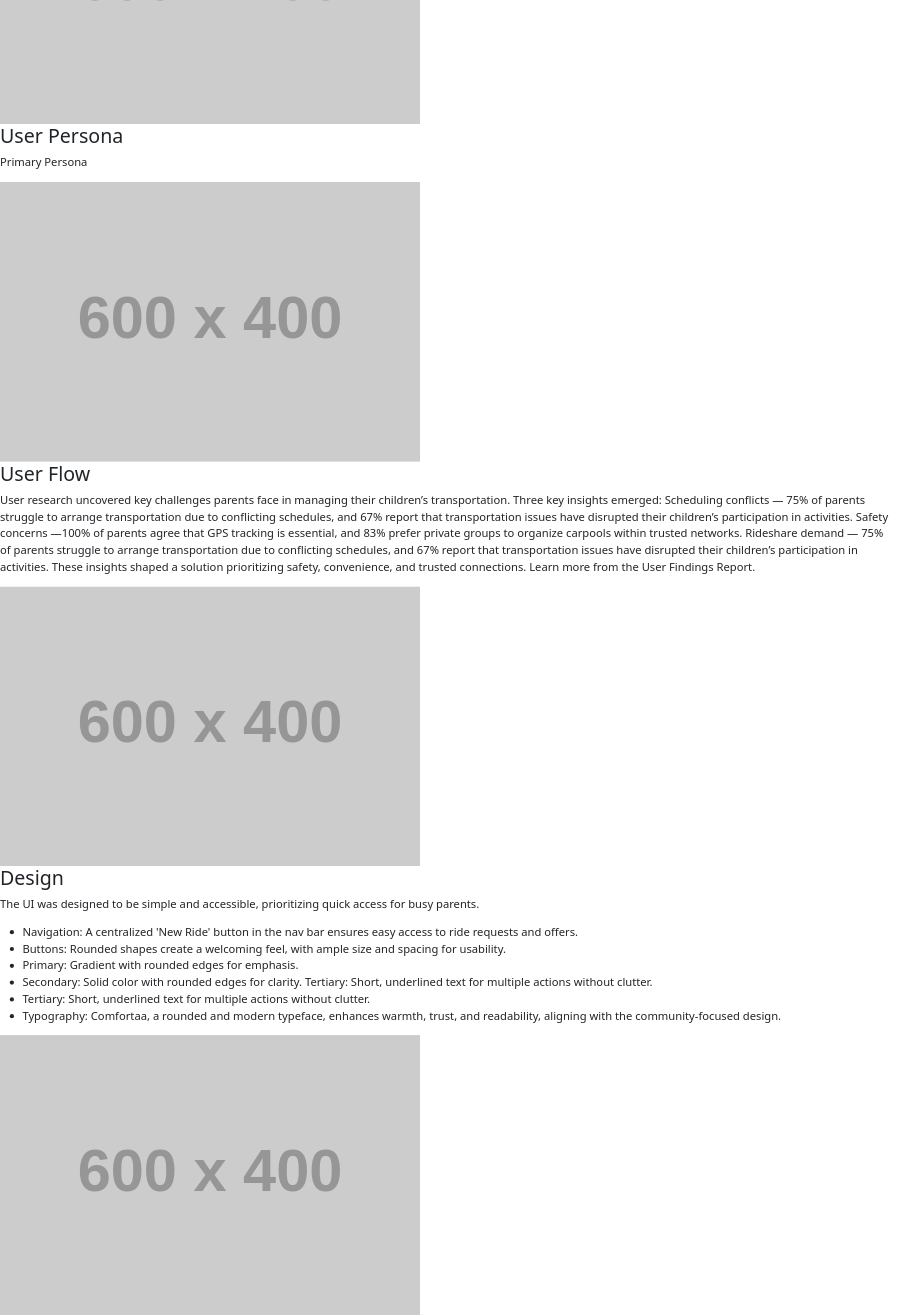
Repository: Vanessahyc/vanessa-portfolio
Page: /relay
These files come from the project's save history. The page is drawn as it stood at one moment and after the next save; the edit follows.
The browser window is 1280 px wide. The page is 1312 px wide, so the pictures cover 1312 px, including what lies to the right of the window. The pictures show the part of the page from y = 1134 to 3014 px (the page is 3013 px tall before and 3149 px after), at 70% of full size.
The project was rebuilt for these pictures with package versions that can differ from the ones it lists, and the page was loaded fresh each time. The framework's server and built-in components were replaced by stand-ins that run in the browser. Also part of the build but not shown: next.config.mjs, src/app/relay/Relay.module.css.

Above is the page before, as saved 2025-02-09 13:46:52.

After the next save:
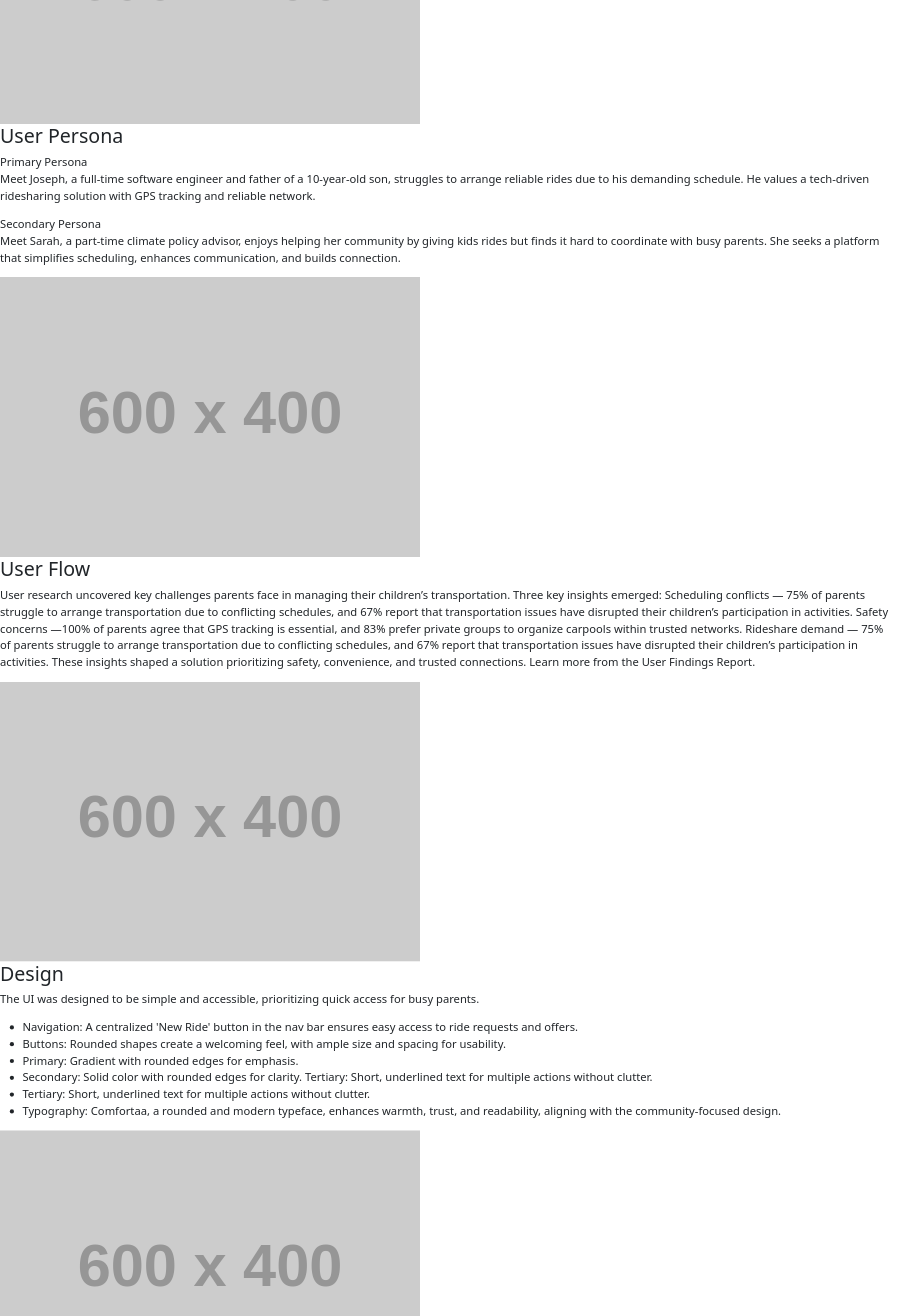
Saved 55 s later.
--- a/src/app/relay/page.js
+++ b/src/app/relay/page.js
@@ -55,7 +55,13 @@ export default function Relay() {
             <h3>User Persona</h3>
             <figure>
                 <figcaption>Primary Persona</figcaption>
-                <p></p>
+                <p>Meet Joseph, a full-time software engineer and father of a 10-year-old son, struggles to arrange reliable rides due to his demanding schedule. He values a tech-driven ridesharing solution with GPS tracking and reliable network.
+                </p>
+            </figure>
+            <figure>
+                <figcaption>Secondary Persona</figcaption>
+                <p>Meet Sarah, a part-time climate policy advisor, enjoys helping her community by giving kids rides but finds it hard to coordinate with busy parents. She seeks a platform that simplifies scheduling, enhances communication, and builds connection.
+                </p>
             </figure>
             <img src="https://placehold.co/600x400" alt="placeholder image" />
           </div>
